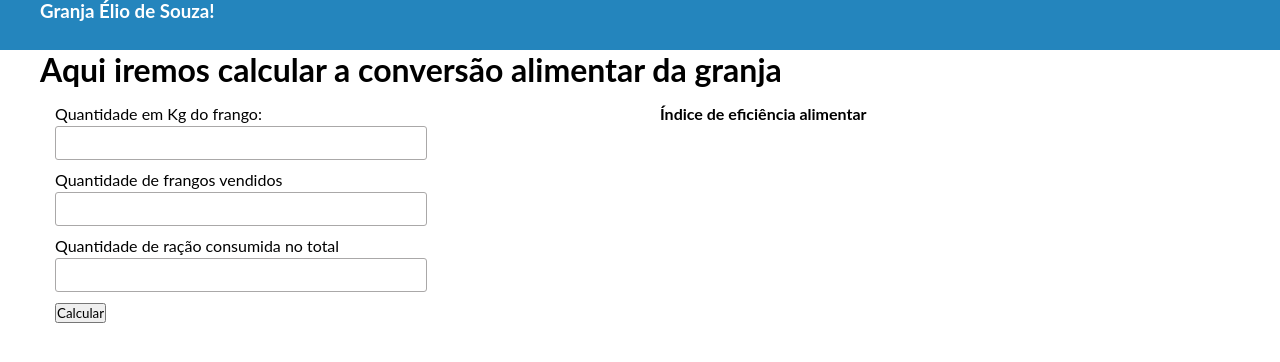
Repository: JoaoNahid/adminSystem
Page: /calculos (app in client/)
An editor plug-in stored every save of this project. The page is shown before and after the next save, followed by the edit.
The browser window is 1280 px wide. The pictures show the whole page.
The project was rebuilt for these pictures with package versions that can differ from the ones it lists, and the page was loaded fresh each time. Also part of the build but not shown: client/src/App.css, client/src/routes/login.js, client/src/routes/cadastro.js, client/src/routes/home.js, client/src/routes/404.js, client/src/routes/lote.js.

Above is the page before, as saved 2022-04-20 21:44:04.

After the next save:
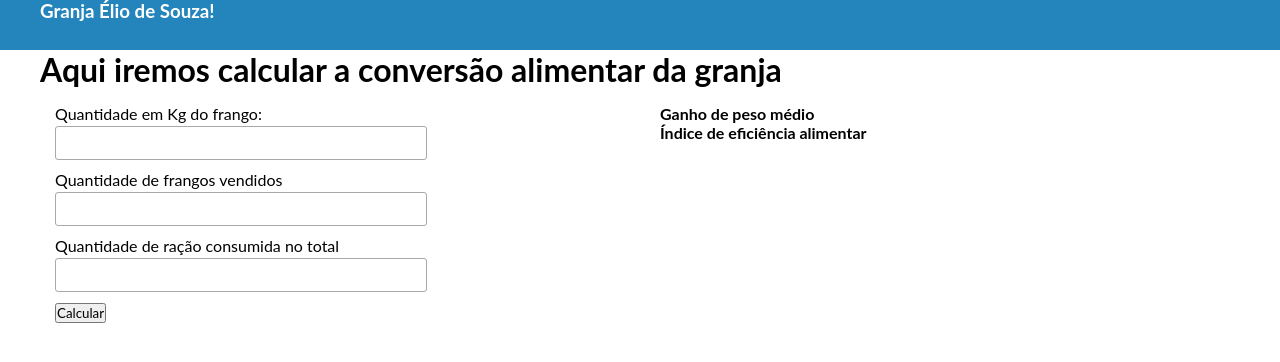
Saved 99 s later.
--- a/client/src/routes/calculos.js
+++ b/client/src/routes/calculos.js
@@ -37,6 +37,7 @@ export default function Calculos() {
                         <button onClick={calcularConversao()}>Calcular</button>
                     </div>
                     <div className="dadosConversao flexChild100">
+                        <h4>Ganho de peso médio</h4>
                         <h4>Índice de eficiência alimentar</h4>
                     </div>
                 </div>
